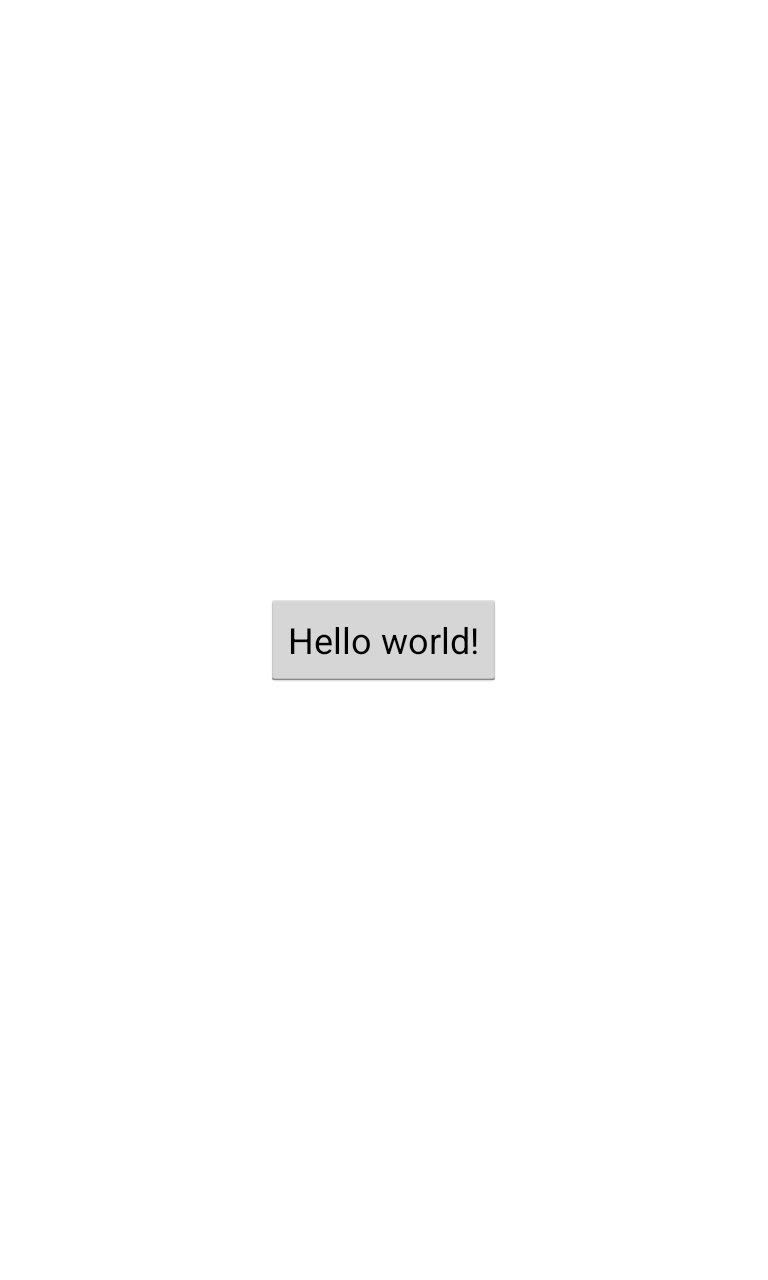
Repository: renatovieira/tcc2013
Layout: TCC/res/layout/activity_filter.xml
These files come from the project's save history. The layout is drawn as it stood at one moment and after the next save; the edit follows.
It is drawn on a 768 x 1280 px phone screen (xhdpi) without system bars, with theme AppTheme; the app's code is not run.

Above is the layout before, as saved 2013-07-21 19:19:20.

After the next save:
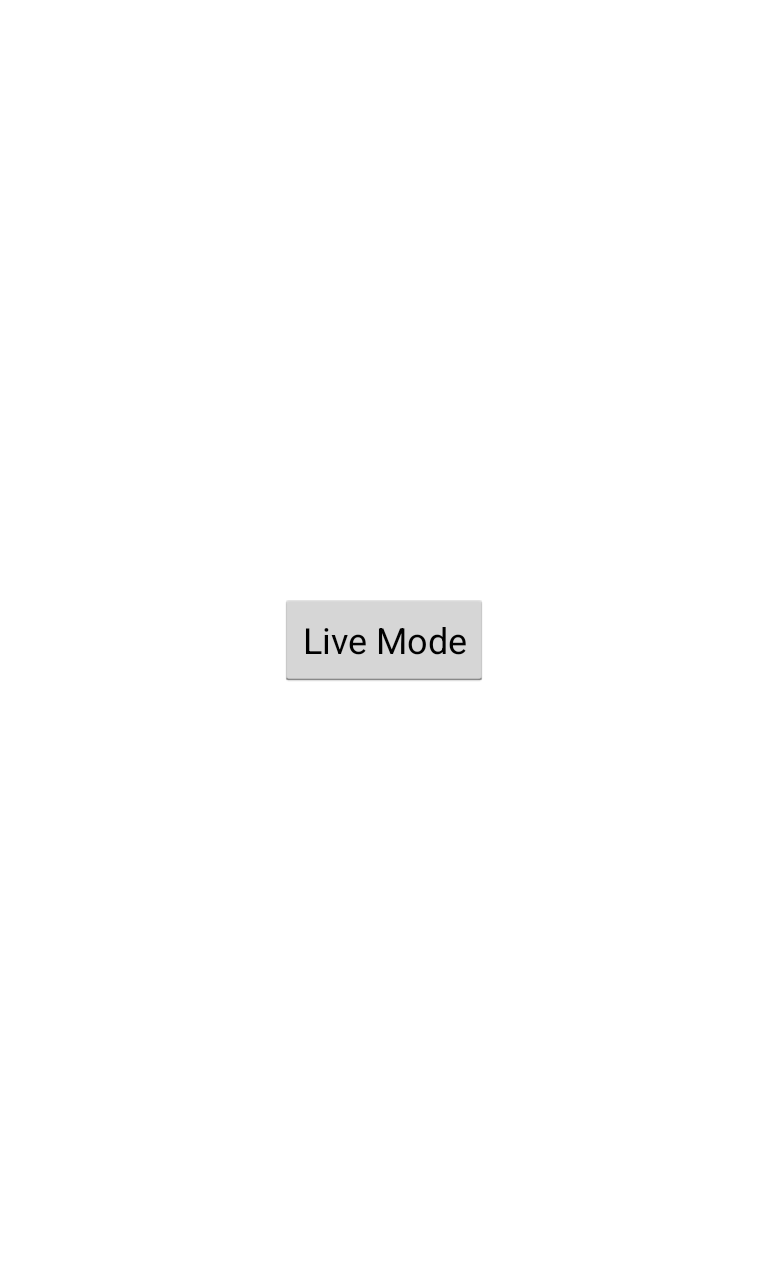
Saved 17 s later.
--- a/TCC/res/values/strings.xml
+++ b/TCC/res/values/strings.xml
@@ -3,6 +3,8 @@
 
     <string name="app_name">TCC</string>
     <string name="action_settings">Settings</string>
-    <string name="live_mode">Hello world!</string>
+
+    //FilterActivity
+    <string name="live_mode">Live Mode</string>
 
 </resources>
